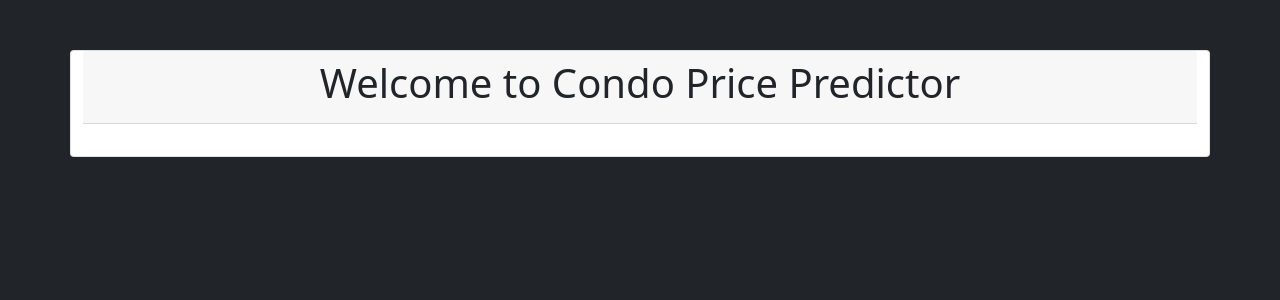
Repository: myothida/condoprice_CNX
Page: http://localhost/
These files come from the project's save history. The page is drawn as it stood at one moment and after the next save; the edit follows.
The browser window is 1280 px wide. The pictures show the whole page.
The page is served by the project's application, run on Flask 3 (main.py).

Above is the page before, as saved 2023-09-26 21:44:27.

### templates/index.html
<!DOCTYPE html>
<html lang="en">
  <head>
    <!-- Required meta tags -->
    <meta charset="utf-8" />
    <meta name="viewport" content="width=device-width, initial-scale=1" />

    <!-- Bootstrap CSS -->
    <link
      href="https://cdn.jsdelivr.net/npm/bootstrap@5.0.2/dist/css/bootstrap.min.css"
      rel="stylesheet"
      integrity="sha384-EVSTQN3/azprG1Anm3QDgpJLIm9Nao0Yz1ztcQTwFspd3yD65VohhpuuCOmLASjC"
      crossorigin="anonymous"
    />

    <title>Condo Price Predictor</title>
  </head>
  <body class="bg-dark">
    <div class="container">
      <div class="row">
        <div class="card" style="width: 100%; height: 100%; margin-top: 50px">
          <div class="card-header" style="text-align: center">
            <h1>Welcome to Condo Price Predictor</h1>
          </div>
          <div class="card-body">
            <form method="post" accept-charset="utf-8">
              <div class="row"></div>
            </form>
          </div>
        </div>
      </div>
    </div>
  </body>
</html>

<!-- Option 2: Separate Popper and Bootstrap JS -->

<script
  src="https://cdn.jsdelivr.net/npm/@popperjs/core@2.9.2/dist/umd/popper.min.js"
  integrity="sha384-IQsoLXl5PILFhosVNubq5LC7Qb9DXgDA9i+tQ8Zj3iwWAwPtgFTxbJ8NT4GN1R8p"
  crossorigin="anonymous"
></script>
<script
  src="https://cdn.jsdelivr.net/npm/bootstrap@5.0.2/dist/js/bootstrap.min.js"
  integrity="sha384-cVKIPhGWiC2Al4u+LWgxfKTRIcfu0JTxR+EQDz/bgldoEyl4H0zUF0QKbrJ0EcQF"
  crossorigin="anonymous"
></script>

### main.py
from flask import Flask, render_template, request

app = Flask(__name__)


@app.route('/')
def index():
    return render_template('index.html')


if __name__ == "__main__":
    app.run(debug=True, port=5001)

After the next save:
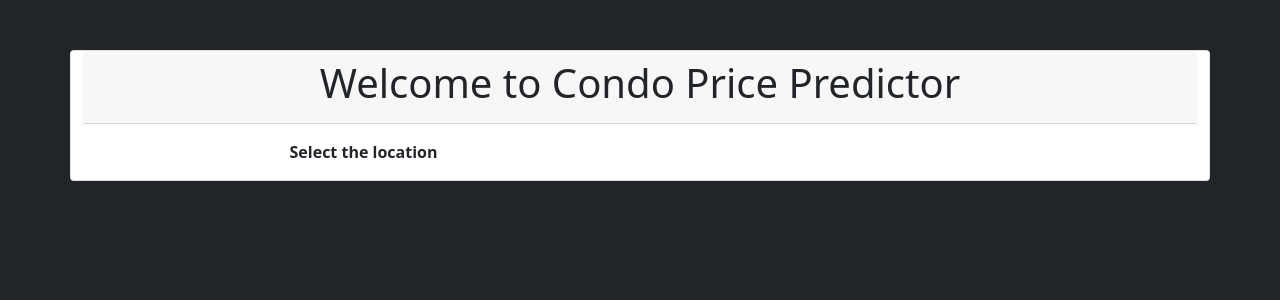
Saved 65 s later.
--- a/templates/index.html
+++ b/templates/index.html
@@ -24,7 +24,11 @@
           </div>
           <div class="card-body">
             <form method="post" accept-charset="utf-8">
-              <div class="row"></div>
+              <div class="row">
+                <div class="col-md-6 form-group" style="text-align: center">
+                  <label><b> Select the location </b> </label>
+                </div>
+              </div>
             </form>
           </div>
         </div>
